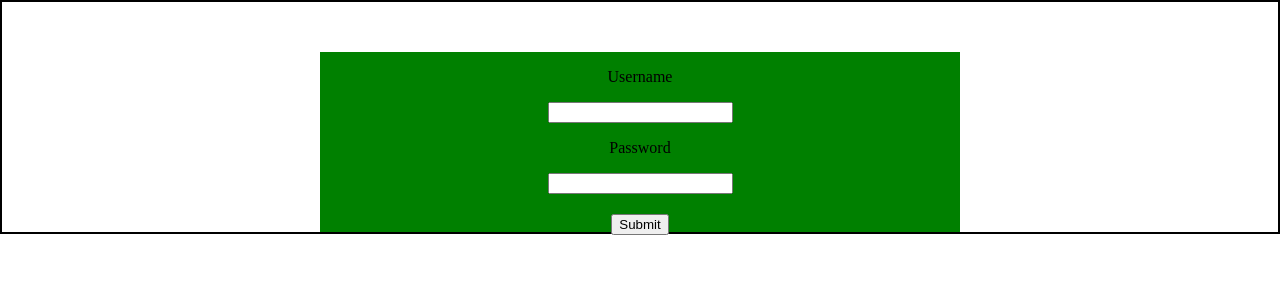
Repository: rdf004/playfab_blackjack
Page: /
The author's editor kept a copy of each file at every save. The page is drawn from the files as they stood at one save, then again after the next save.
The browser window is 1280 px wide. The pictures show the whole page.
The project was rebuilt for these pictures with package versions that can differ from the ones it lists, and the page was loaded fresh each time. Also part of the build but not shown: src/Components/App.js.

Above is the page before, as saved 2020-05-07 20:16:57.

### src/index.js
import React from 'react';
import ReactDOM from 'react-dom';
import './Style/style.css';
import App from './Components/App';
import Login from './Components/Login';
import * as serviceWorker from './serviceWorker';

ReactDOM.render(
  <React.StrictMode>
    <Login />
  </React.StrictMode>,
  document.getElementById('root')
);

// If you want your app to work offline and load faster, you can change
// unregister() to register() below. Note this comes with some pitfalls.
// Learn more about service workers: https://bit.ly/CRA-PWA
serviceWorker.unregister();

### src/Style/style.css
.login-page {
    text-align: center;
    border: 2px solid black;
}

.login-div {
    background-color: green;
    width: 50vw;
    height: 25vh;
    display: grid;
    text-align: center;
    grid-template-columns: 100%;
    margin: auto;
    margin-top: 50px;
}

.login-item {
    margin: 20px auto;
}


html, body {
    margin:0;
    padding:0;
    width:100%;
    height:100%;
    overflow: auto;
}

### src/Components/Login.js
import React from 'react';

class Login extends React.Component {

    render() {
        return(
            <div className="login-page">
                <div className="login-div">
                    <form>
                        <div>
                            <label className="login-item">
                                <p className="login-field">Username</p>
                                <input type="text" name="username" />
                            </label>
                        </div>
                        <div>
                            <label className="login-item">
                                <p className="login-field">Password</p>
                                <input type="text" name="password" />
                            </label>
                        </div>
                        <input className="login-item" type="submit" value="Submit" />
                    </form>
                </div>
            </div>
        );
    }

}

export default Login;

Loaded but not shown: public/index.html (common file); src/serviceWorker.js (common file)

After the next save:
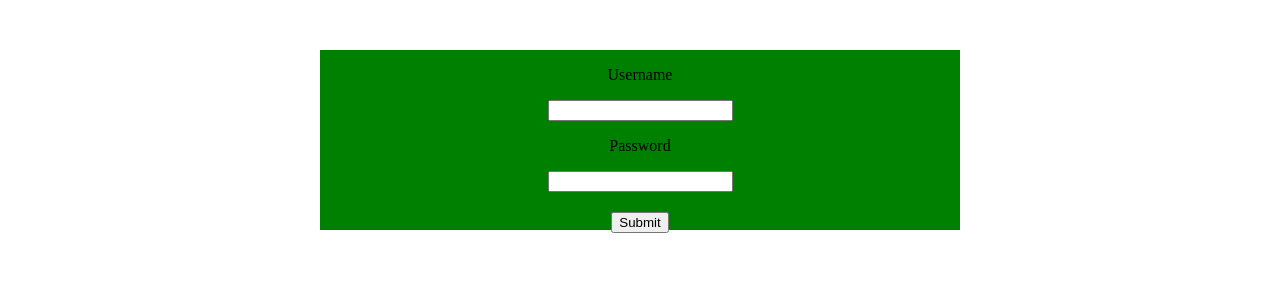
Saved 10 s later.
--- a/src/Style/style.css
+++ b/src/Style/style.css
@@ -1,6 +1,5 @@
 .login-page {
-    text-align: center;
-    border: 2px solid black;
+
 }
 
 .login-div {
